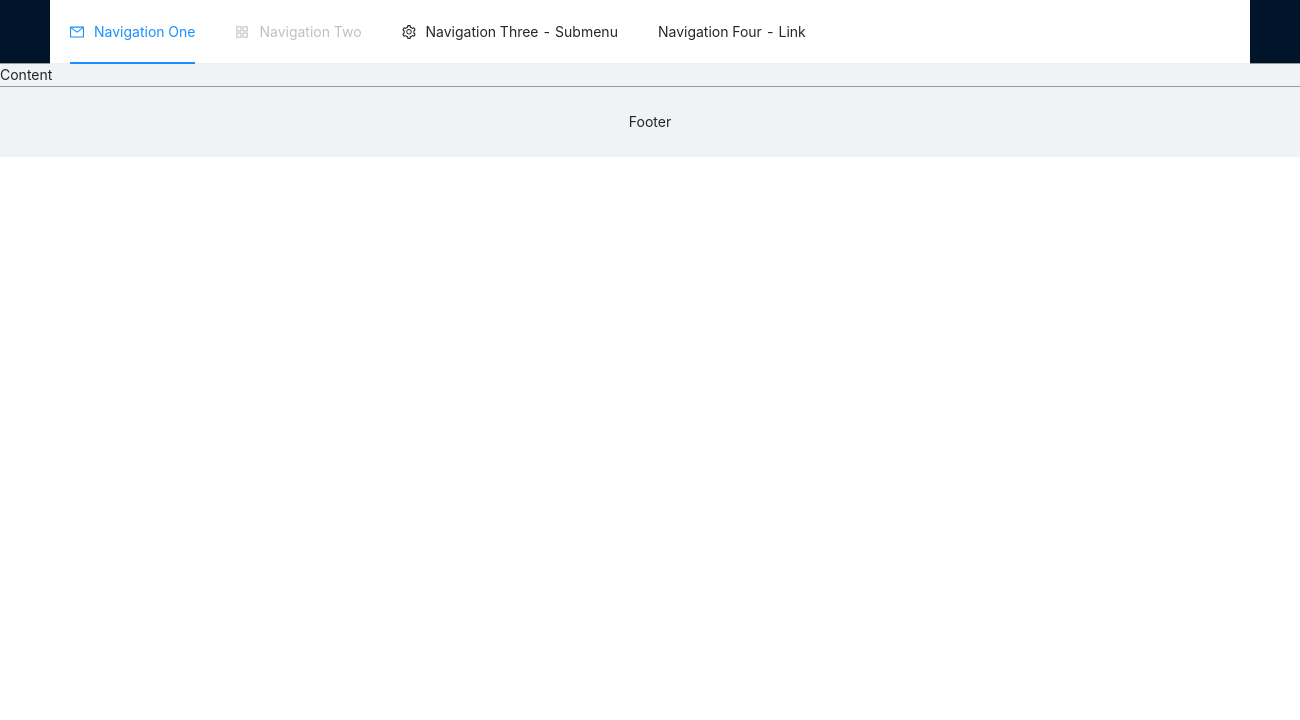
Repository: ohayo-aidi/news-site
Page: /
These files come from the project's save history. The page is drawn as it stood at one moment and after a run of saves; the edit follows.
The browser window is 1280 px wide. The page is 1300 px wide, so the pictures cover 1300 px, including what lies to the right of the window. The pictures show the whole page.
The project was rebuilt for these pictures with package versions that can differ from the ones it lists, and the page was loaded fresh each time.

Above is the page before, as saved 2022-10-15 11:28:17.

After the next 2 saves:
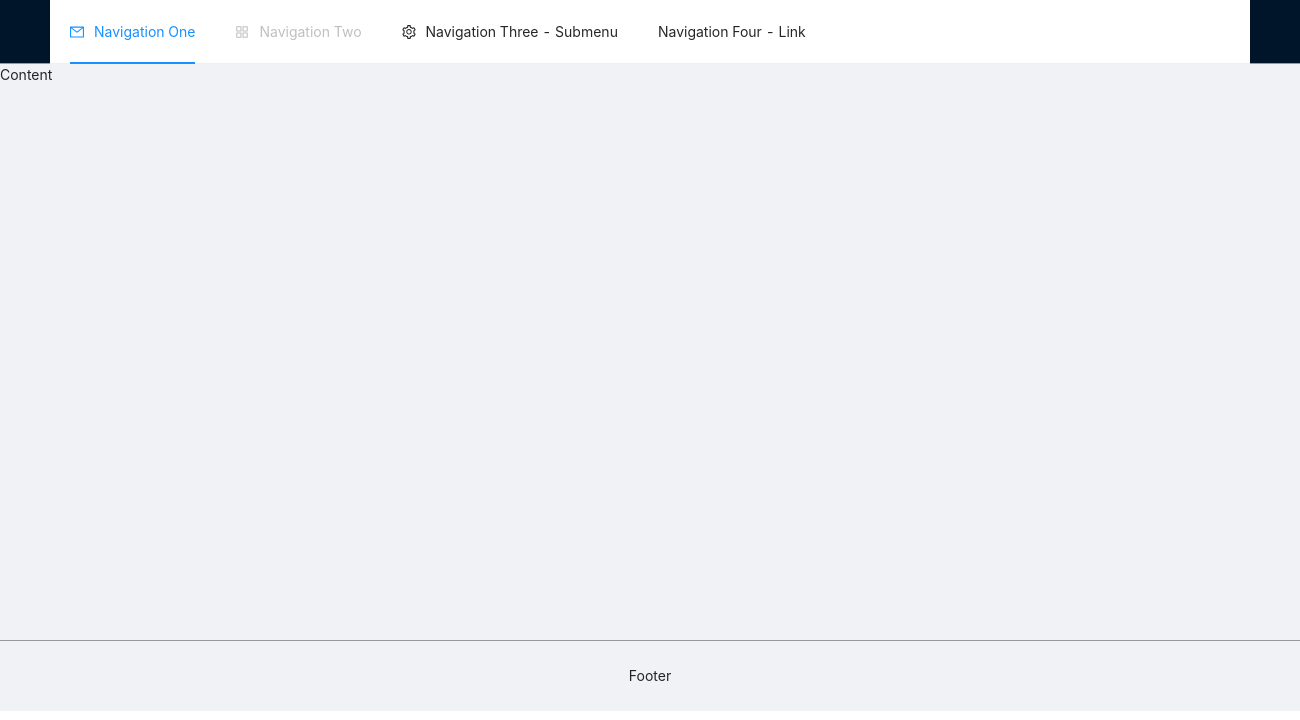
The 2 saves are shown as one change because they came seconds apart.
The last was saved 11 s later.
--- a/src/style.css
+++ b/src/style.css
@@ -4,7 +4,7 @@
 }
 
 .content {
-    min-height: 80% !important;
+    min-height: 80vh !important;
 }
 
 .footer {
